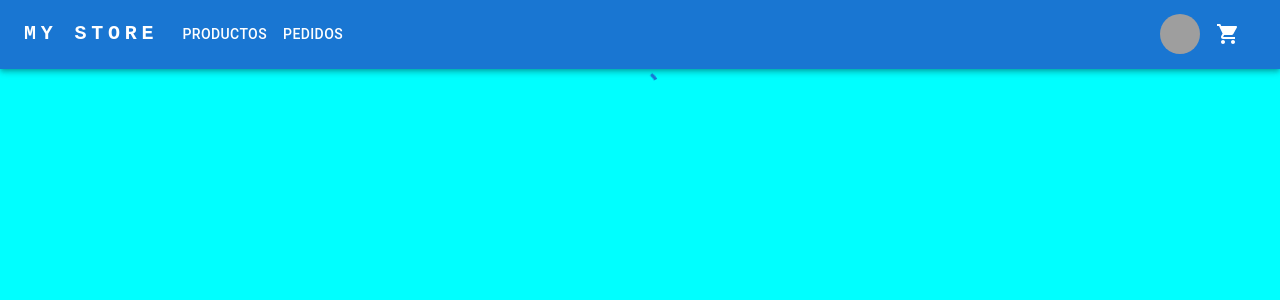
Repository: DanielBorussia/front-my-store
Page: /
These files come from the project's save history. The page is drawn as it stood at one moment and after the next save; the edit follows.
The browser window is 1280 px wide. The pictures show the whole page.
Pictures or frames that could not be fetched are drawn as grey boxes. The page's requests for data from a server got no answer. The project was rebuilt for these pictures with package versions that can differ from the ones it lists, and the page was loaded fresh each time. No one was signed in, and anything a server would have sent is missing. Also part of the build but not shown: src/components/OrderItem.js, src/containers/MyOrderPreview.js, src/components/ProductItem.js.

Above is the page before, as saved 2023-07-01 02:39:08.

After the next save:
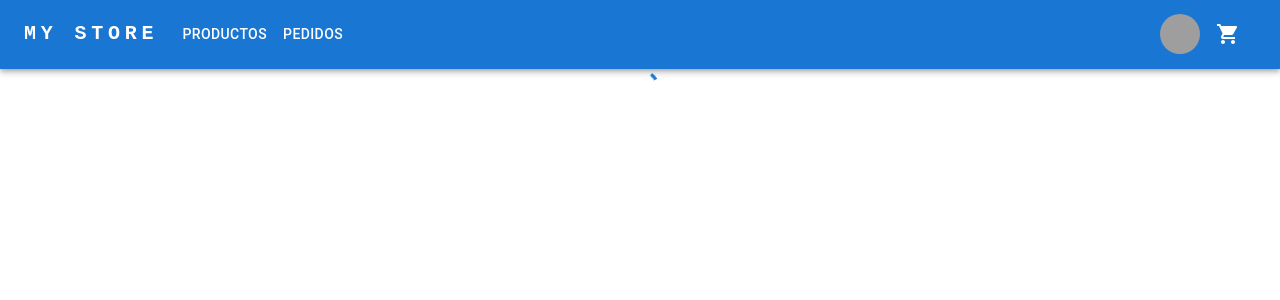
Saved 11 s later.
--- a/src/index.css
+++ b/src/index.css
@@ -2,7 +2,7 @@ body {
   margin: 0;
   -webkit-font-smoothing: antialiased;
   -moz-osx-font-smoothing: grayscale;
-  background-color: aqua;
+  font-family: 'Quicksand', sans-serif;
 }
 
 code {
